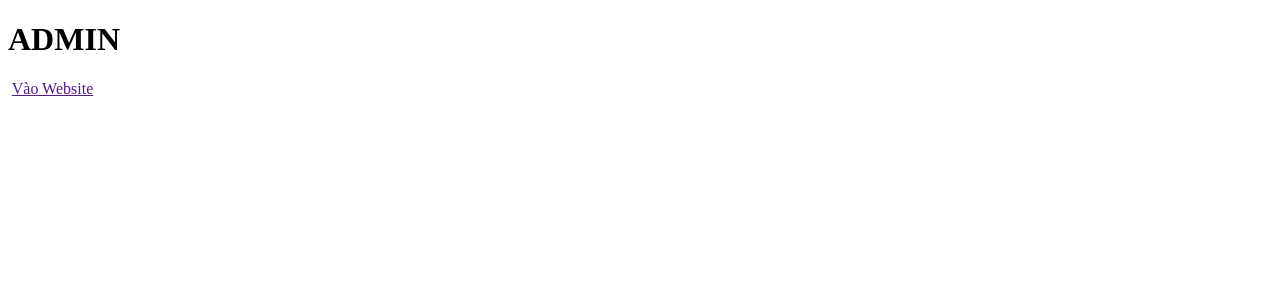
Repository: tung1233hhhhhhhhhhhhh/shoppingcart
Page: admin/admin.html
These files come from the project's save history. The page is drawn as it stood at one moment and after the next save; the edit follows.
The browser window is 1280 px wide. The pictures show the whole page.

Above is the page before, as saved 2023-07-19 20:13:13.

After the next save:
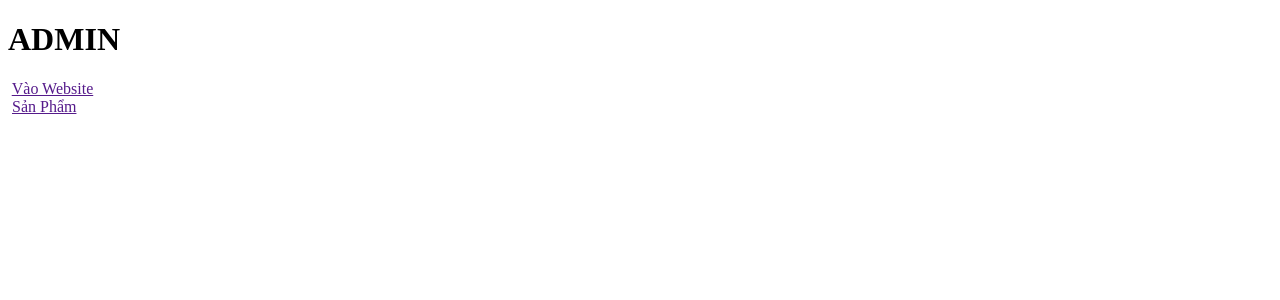
Saved 2 min 5 s later.
--- a/admin/admin.html
+++ b/admin/admin.html
@@ -16,6 +16,11 @@
                 <img src="" alt="">
                 <a href="">Vào Website</a>
             </div>
+            <div class="box">
+                <img src="" alt="">
+                <a href="">Sản Phẩm</a>
+            </div>
+
         </div>
     </div>
 </body>
